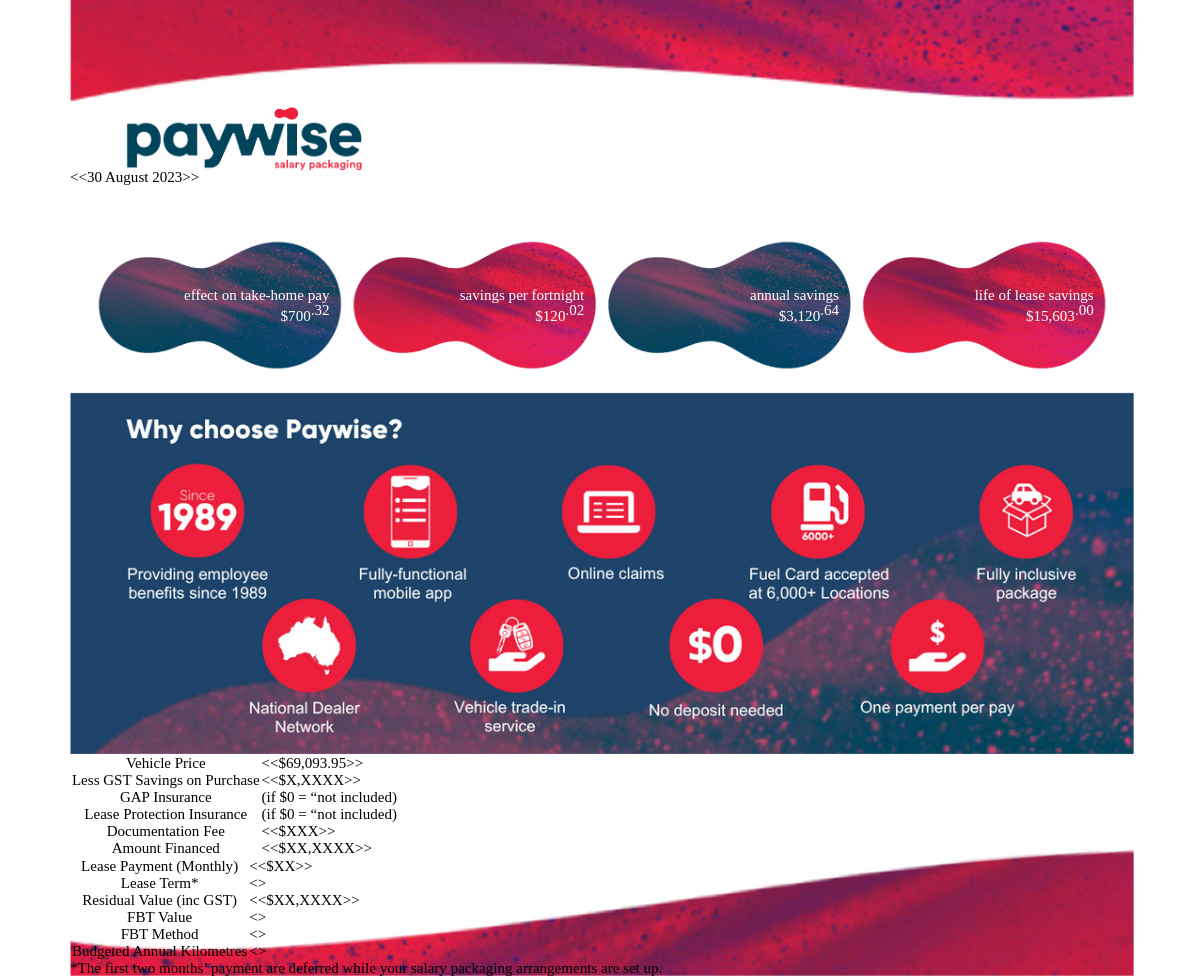
Repository: hoangtubest/novated-phong
Page: 1.html
An editor plug-in stored every save of this project. The page is shown before and after the next save, followed by the edit.
The browser window is 1280 px wide. The pictures show the whole page, at 94% of full size.
The style sheet was rebuilt from its Sass, Less or Tailwind sources for each picture, by a compiler version that may differ from the author's.

Above is the page before, as saved 2023-10-18 13:14:13.

### 1.html
<!DOCTYPE html>
<html lang="en">

<head>
  <meta charset="UTF-8">
  <meta name="viewport" content="width=device-width, initial-scale=1.0">
  <title>1</title>
  <link rel="stylesheet" href="./css/styles.css">
</head>

<body>
  <div class="wrapper">
    <div class="wrapper-inner wrapper-inner--v1">
      <div class="header">
        <div class="header-logo"><img src="./images/logo.png" alt="paywise salary packaging"></div>
      </div>
      <div class="pw-1-estimate">
        <p class="pw-1-estimate__time">
          <<30 August 2023>>
        </p>
      </div>
      <div class="pw-1-feature">
        <div class="pw-1-feature__row">
          <div class="pw-1-feature__col">
            <div class="pw-1-feature__content">
              <h3>effect on take-home pay</h3>
              <p>$700<sup>.32</sup></p>
            </div>
          </div>
          <div class="pw-1-feature__col">
            <div class="pw-1-feature__content">
              <h3>savings per fortnight</h3>
              <p>$120<sup>.02</sup></p>
            </div>
          </div>
          <div class="pw-1-feature__col">
            <div class="pw-1-feature__content">
              <h3>annual savings</h3>
              <p>$3,120<sup>.64</sup></p>
            </div>
          </div>
          <div class="pw-1-feature__col">
            <div class="pw-1-feature__content">
              <h3>life of lease savings</h3>
              <p>$15,603<sup>.00</sup></p>
            </div>
          </div>
        </div>
      </div>
      <div class="pw-1-choose">
        <img src="./images/choose_img.jpg" alt="">
      </div>
      <div class="pw-1-info">
        <h2 class="pw-1-info__title"></h2>
        <div class="pw-1-info__content">
          <div class="pw-1-info__row">
            <div class="pw-1-info__col">
              <table>
                <tbody>
                  <tr>
                    <th>Vehicle Price</th>
                    <td>
                      <<$69,093.95>>
                    </td>
                  </tr>
                  <tr>
                    <th>Less GST Savings on Purchase</th>
                    <td>
                      <<$X,XXXX>>
                    </td>
                  </tr>
                  <tr>
                    <th>GAP Insurance</th>
                    <td>(if $0 = “not included)</td>
                  </tr>
                  <tr>
                    <th>Lease Protection Insurance</th>
                    <td>(if $0 = “not included)</td>
                  </tr>
                  <tr>
                    <th>Documentation Fee</th>
                    <td>
                      <<$XXX>>
                    </td>
                  </tr>
                  <tr>
                    <th>Amount Financed</th>
                    <td>
                      <<$XX,XXXX>>
                    </td>
                  </tr>
                </tbody>
              </table>
            </div>
            <div class="pw-1-info__col">
              <table>
                <tbody>
                  <tr>
                    <th>Lease Payment (Monthly)</th>
                    <td>
                      <<$XX>>
                    </td>
                  </tr>
                  <tr>
                    <th>Lease Term*</th>
                    <td>
                      <<XX months>>
                    </td>
                  </tr>
                  <tr>
                    <th>Residual Value (inc GST)</th>
                    <td>
                      <<$XX,XXXX>>
                    </td>
                  </tr>
                  <tr>
                    <th>FBT Value</th>
                    <td>
                      <<XX,XXX>>
                    </td>
                  </tr>
                  <tr>
                    <th>FBT Method</th>
                    <td>
                      <<Method>>
                    </td>
                  </tr>
                  <tr>
                    <th>Budgeted Annual Kilometres</th>
                    <td>
                      <<XXXXXX>>
                    </td>
                  </tr>
                </tbody>
              </table>
            </div>
          </div>
          <p class="pw-1-info__note">*The first two months’ payment are deferred while your salary packaging arrangements are set up.</p>
        </div>
      </div>
    </div>
  </div>
</body>

</html>

### css/styles.scss
*,
*:before,
*:after {
  box-sizing: border-box;
}

* {
  margin: 0;
  padding: 0;
  font: inherit;
}

img,
picture,
svg,
video {
  display: block;
  max-width: 100%;
}

input,
select,
textarea {
  background-color: transparent;
  outline: none;
}

button {
  cursor: pointer;
  background-color: transparent;
  outline: none;
  border: 0;
}

body {
  min-height: 100vh;
  font-weight: 400;
  font-size: 16px;
  line-height: 1;
}

img {
  vertical-align: bottom;
  max-width: 100%;
  height: auto;
}

.wrapper-inner {
  max-width: 1131px;
  margin: 0 auto;
  position: relative;
  min-height: 100vh;

  &::before,
  &::after {
    position: absolute;
    left: 0;
    width: 100%;
    content: "";
    z-index: -1;
    background-size: cover;
  }

  &::before {
    top: 0;
    height: 192px;
    background-position: bottom center;
  }

  &::after {
    bottom: 0;
    height: 136px;
    background-position: top center;
  }

  &--v1 {
    &::before {
      background-image: url("../images/pattern_01_v1.png");
    }

    &::after {
      background-image: url("../images/pattern_02_v1.png");
    }
  }

  &--v2 {
    &::before {
      background-image: url("../images/pattern_01_v2.png");
    }

    &::after {
      background-image: url("../images/pattern_02_v2.png");
    }

    .header {
      display: flex;
      justify-content: flex-end;
    }
  }
}

.header {
  padding: 114px 60px 0;
}

.header-logo {
  width: 250px;
}

.pw-1-feature {
  padding: 60px 30px 25px;

  &__row {
    display: flex;
    gap: 13px;
  }

  &__col {
    width: 25%;
    height: 135px;
    background: url("../images/red-blob.png") no-repeat center center / 100% 100%;
    display: flex;
    align-items: center;

    &:nth-child(2n+1) {
      background-image: url("../images/inverse-blob.png");
    }
  }

  &__content {
    width: 100%;
    color: #fff;
    text-align: right;
    padding-right: 12px;
    ;
  }
}

After the next save:
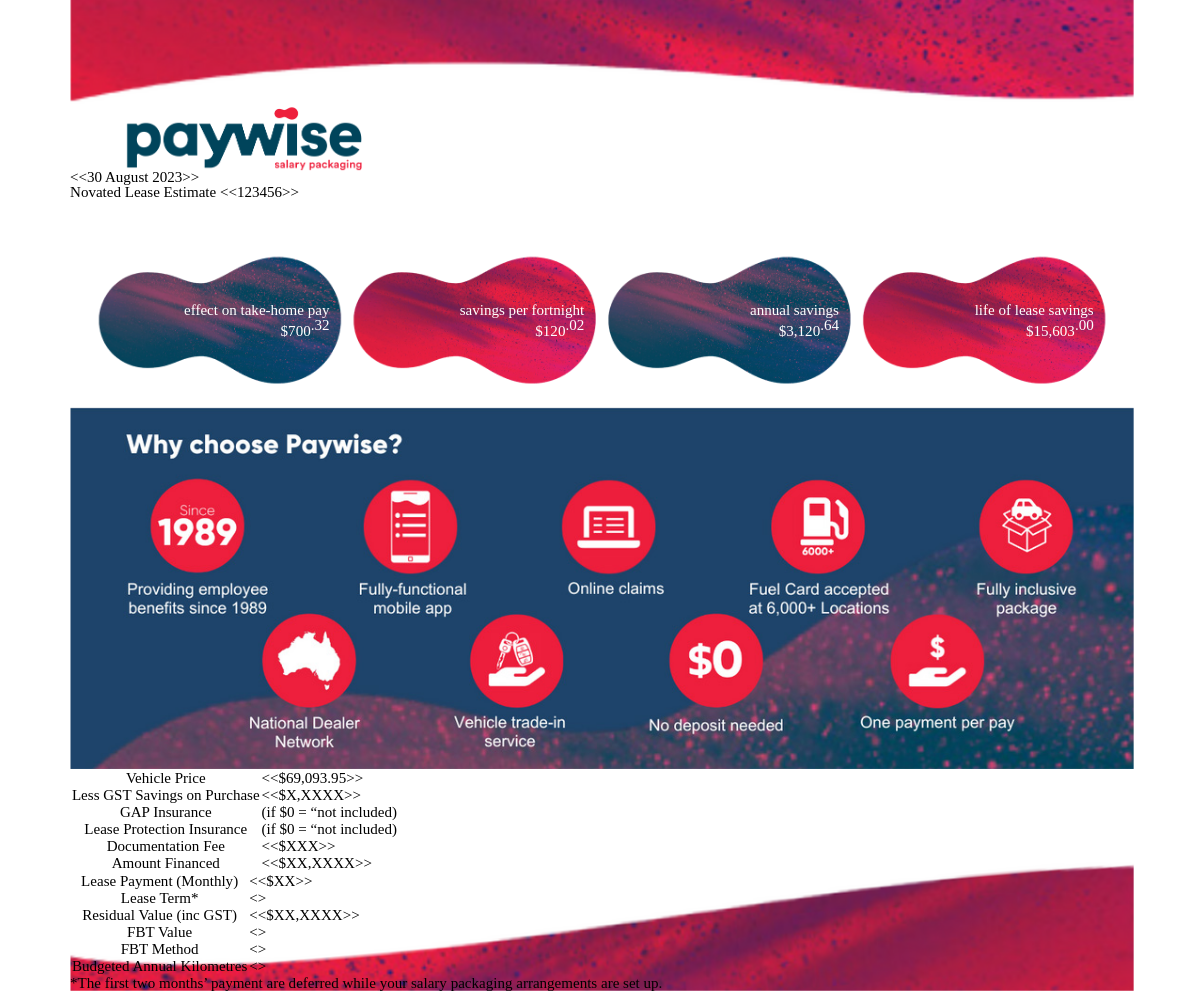
Saved 16 s later.
--- a/1.html
+++ b/1.html
@@ -18,6 +18,7 @@
         <p class="pw-1-estimate__time">
           <<30 August 2023>>
         </p>
+        <h2 class="pw-1-estimate__title">Novated Lease Estimate <<123456>></h2>
       </div>
       <div class="pw-1-feature">
         <div class="pw-1-feature__row">
